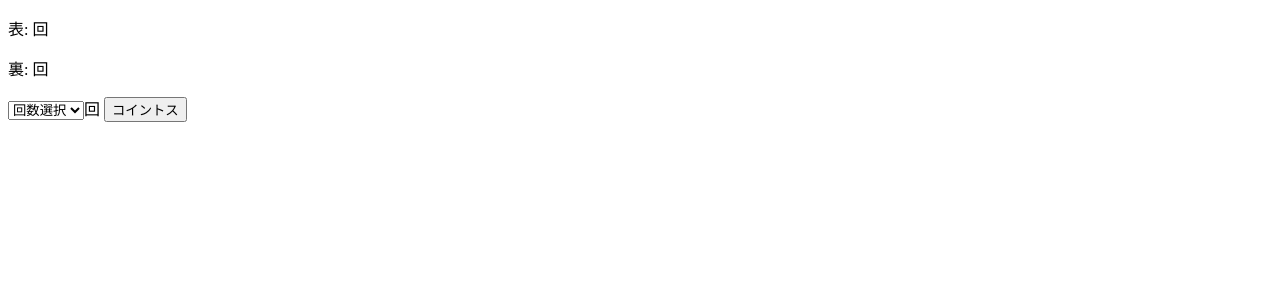
Repository: kawahito05-work/dc_work_nakano_kawahito_php
Page: http://localhost/htdocs/php08/practice_loop_elementary.php
The author's editor kept a record of every edit. The page is drawn from the files as they stood at one moment, then again after the next edit.
The browser window is 1280 px wide. The pictures show the whole page.
The page is run by PHP 8.4 with error messages shown; the project is at /var/www/html/.

Above is the page before.

After the next edit:
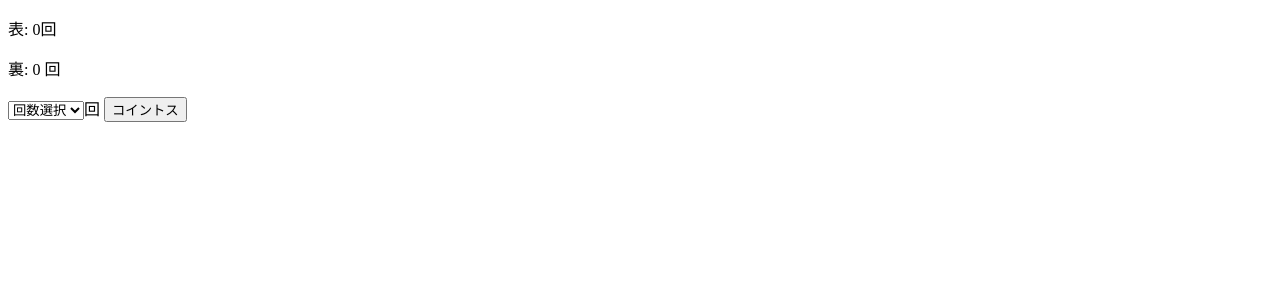
The edit:
--- a/htdocs/php08/practice_loop_elementary.php
+++ b/htdocs/php08/practice_loop_elementary.php
@@ -23,8 +23,8 @@
 <body>
     <article id="wrap">
         <section>
-            <p>表: 回</p>
-            <p>裏: 回</p>
+            <p>表: <?php print $head ?>回</p>
+            <p>裏: <?php print $back ?> 回</p>
         </section>
         <form method="post">
             <select name="number">
